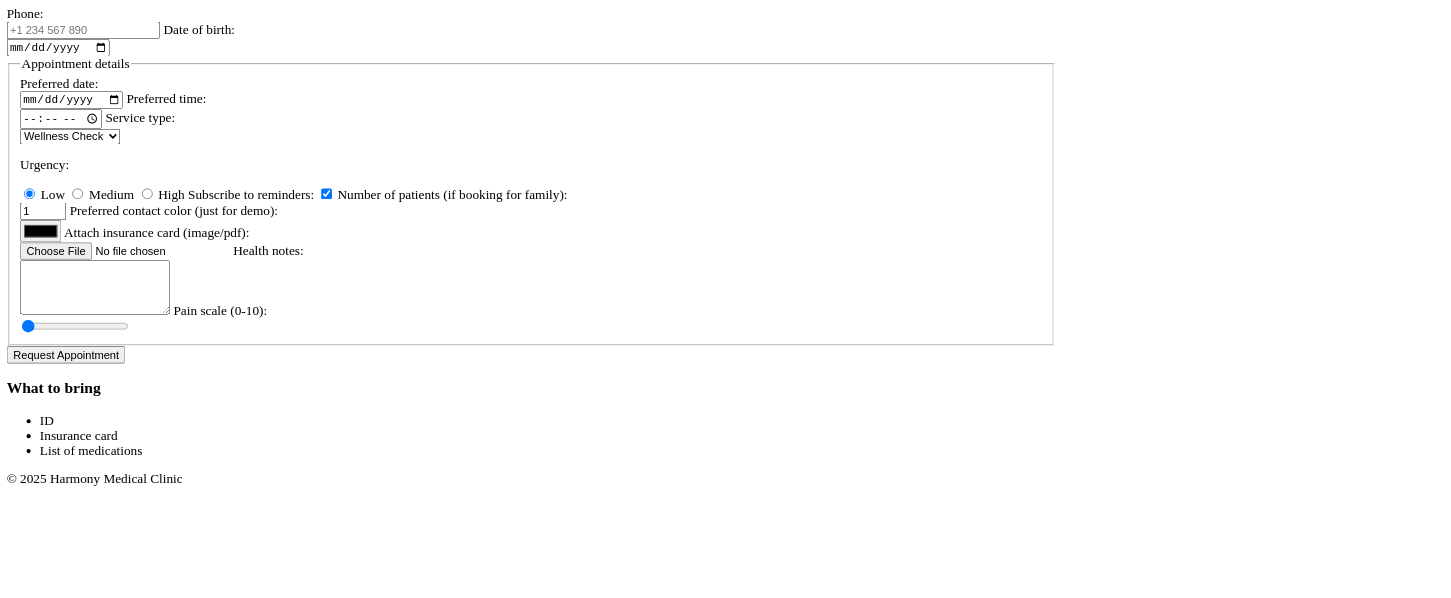
Repository: bayobude/medical_clinic
Page: form.html
The author's editor kept a copy of each file at every save. The page is drawn from the files as they stood at one save, then again after the next save.
The browser window is 1280 px wide. The page is 1280 px wide, then 1748 px, so the pictures cover 1748 px, including what lies to the right of the window. The pictures show the whole page, at 83% of full size.

Above is the page before, as saved 2025-10-19 20:15:11.

### form.html
<!doctype html>
<label>Phone:<br><input type="tel" name="phone" placeholder="+1 234 567 890"></label>
<label>Date of birth:<br><input type="date" name="dob"></label>
</fieldset>


<fieldset>
<legend>Appointment details</legend>
<label>Preferred date:<br><input type="date" name="apt_date"></label>
<label>Preferred time:<br><input type="time" name="apt_time"></label>


<label>Service type:<br>
<select name="service">
<option>Wellness Check</option>
<option>Vaccination</option>
<option>Minor Procedure</option>
</select>
</label>


<p>Urgency:</p>
<label><input type="radio" name="urgency" value="low" checked> Low</label>
<label><input type="radio" name="urgency" value="medium"> Medium</label>
<label><input type="radio" name="urgency" value="high"> High</label>


<label>Subscribe to reminders: <input type="checkbox" name="reminders" checked></label>


<label>Number of patients (if booking for family):<br><input type="number" name="num" min="1" max="10" value="1"></label>


<label>Preferred contact color (just for demo):<br><input type="color" name="favcolor"></label>


<label>Attach insurance card (image/pdf):<br><input type="file" name="insurance"></label>


<label>Health notes:<br><textarea name="notes" rows="4"></textarea></label>


<label>Pain scale (0-10):<br><input type="range" name="pain" min="0" max="10" value="0"></label>
</fieldset>


<button type="submit">Request Appointment</button>
</form>


</article>
</section>


<aside class="content-side">
<div class="card">
<h3>What to bring</h3>
<ul>
<li>ID</li>
<li>Insurance card</li>
<li>List of medications</li>
</ul>
</div>
</aside>
</main>


<footer class="site-footer">
<p>&copy; <span id="year">2025</span> Harmony Medical Clinic</p>
</footer>
</body>
</html>

### style.css
/* General reset */
body {
  font-family: Arial, sans-serif;
  margin: 0;
  background-color: #f9f9f9;
  color: #333;
}

/* Header */
#site-header {
  background-color: #005b96;
  color: white;
  text-align: center;
  padding: 20px 10px;
}

#site-header h1 {
  margin: 0;
}

.menu {
  list-style: none;
  padding: 0;
  display: flex;
  justify-content: center;
  gap: 15px;
}

.menu a {
  color: white;
  text-decoration: none;
  padding: 5px 10px;
}

.menu a:hover, .menu a.active {
  background-color: #03396c;
  border-radius: 5px;
}

/* Yahoo-style layout: main left, sidebar right */
.yahoo-layout {
  display: grid;
  grid-template-columns: 2fr 1fr;
  gap: 20px;
  padding: 20px;
  max-width: 1200px;
  margin: auto;
  background-color: white;
}

/* Main column */
.main-column h2 {
  color: #005b96;
}

.rates-table {
  border-collapse: collapse;
  width: 100%;
  margin-top: 10px;
}

.rates-table th, .rates-table td {
  border: 1px solid #ccc;
  padding: 8px;
}

.rates-table th {
  background-color: #e0f0ff;
}

/* Sidebar styling */
.sidebar .info-card {
  background-color: #f0f8ff;
  border: 1px solid #d1e7ff;
  padding: 15px;
  margin-bottom: 15px;
  border-radius: 8px;
}

/* Footer */
#site-footer {
  text-align: center;
  padding: 15px;
  background-color: #005b96;
  color: white;
  margin-top: 20px;
}

/* Responsive */
@media (max-width: 900px) {
  .yahoo-layout {
    grid-template-columns: 1fr;
  }
}

/* Example of CSS inheritance */
footer p {
  color: inherit;
}

/* Example of cascade with !important */
.menu a.active {
  background-color: #011f4b !important;
}

After the next save:
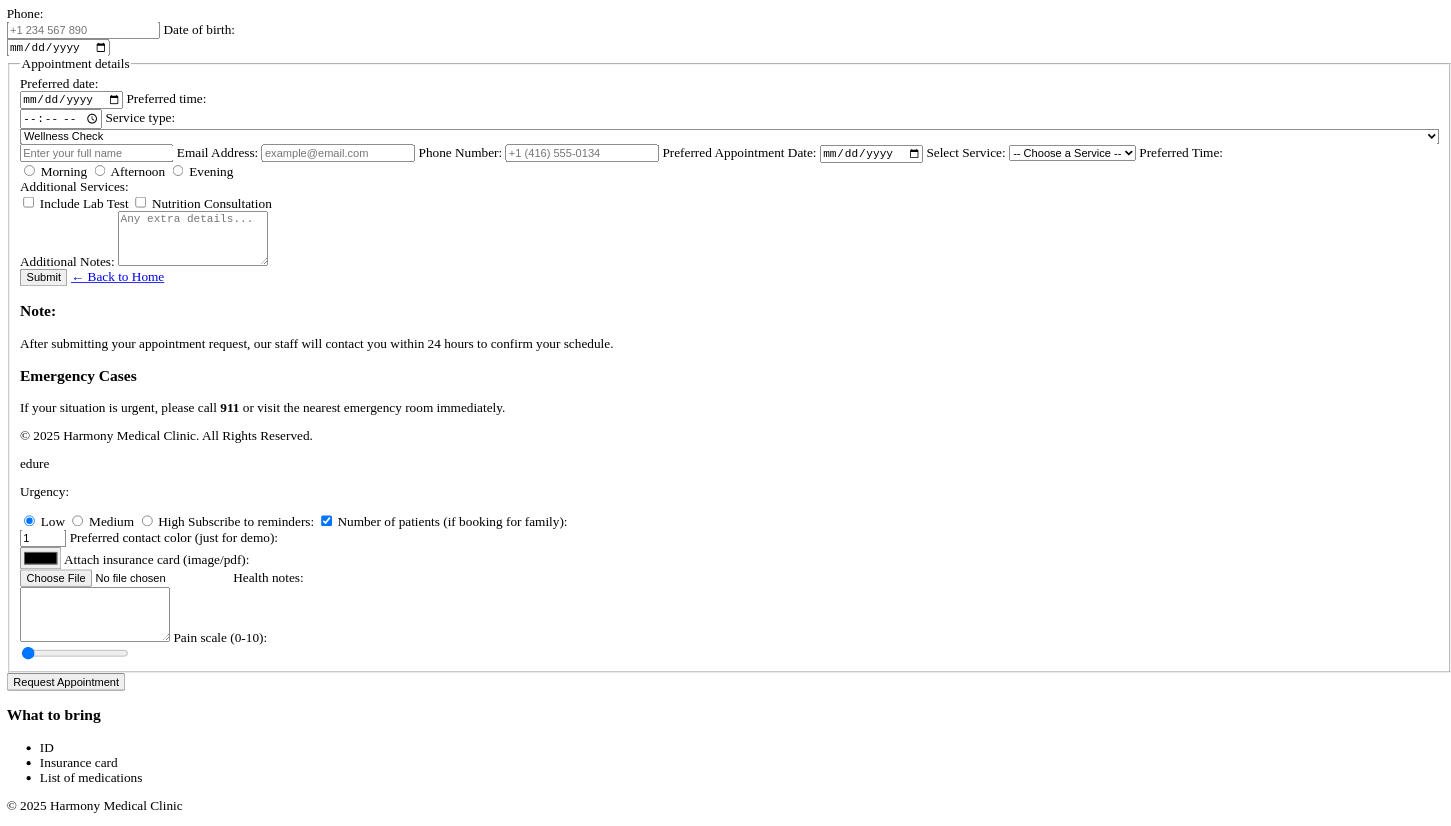
Saved 3 min 31 s later.
--- a/form.html
+++ b/form.html
@@ -14,7 +14,101 @@
 <select name="service">
 <option>Wellness Check</option>
 <option>Vaccination</option>
-<option>Minor Procedure</option>
+<option>Minor Proc<!DOCTYPE html>
+<html lang="en">
+<head>
+  <meta charset="UTF-8">
+  <meta name="viewport" content="width=device-width, initial-scale=1.0">
+  <title>Book Appointment | Harmony Medical Clinic</title>
+  <link rel="stylesheet" href="style.css">
+</head>
+<body>
+  <header id="site-header">
+    <h1>Harmony Medical Clinic</h1>
+    <p>Compassionate care, modern medicine</p>
+    <nav>
+      <ul class="menu">
+        <li><a href="index.html">Home</a></li>
+        <li><a href="about.html">About</a></li>
+        <li><a href="gallery.html">Gallery</a></li>
+        <li><a href="contact.html">Contact</a></li>
+        <li><a href="form.html" class="active">Book Appointment</a></li>
+      </ul>
+    </nav>
+  </header>
+
+  <main class="content yahoo-layout">
+    <section class="main-column">
+      <h2>Book an Appointment</h2>
+      <p>Please fill out the form below to request an appointment at Harmony Medical Clinic.</p>
+
+      <form action="#" method="post" class="appointment-form">
+        <label for="fullname">Full Name:</label>
+        <input type="text" id="fullname" name="fullname" placeholder="Enter your full name" required>
+
+        <label for="email">Email Address:</label>
+        <input type="email" id="email" name="email" placeholder="example@email.com" required>
+
+        <label for="phone">Phone Number:</label>
+        <input type="tel" id="phone" name="phone" placeholder="+1 (416) 555-0134" required>
+
+        <label for="date">Preferred Appointment Date:</label>
+        <input type="date" id="date" name="date" required>
+
+        <label for="service">Select Service:</label>
+        <select id="service" name="service" required>
+          <option value="">-- Choose a Service --</option>
+          <option value="general">General Consultation</option>
+          <option value="checkup">Wellness Check</option>
+          <option value="vaccine">Vaccination</option>
+          <option value="procedure">Minor Procedure</option>
+        </select>
+
+        <label>Preferred Time:</label>
+        <div class="radio-group">
+          <label><input type="radio" name="time" value="morning" required> Morning</label>
+          <label><input type="radio" name="time" value="afternoon"> Afternoon</label>
+          <label><input type="radio" name="time" value="evening"> Evening</label>
+        </div>
+
+        <label>Additional Services:</label>
+        <div class="checkbox-group">
+          <label><input type="checkbox" name="extras" value="lab"> Include Lab Test</label>
+          <label><input type="checkbox" name="extras" value="consult"> Nutrition Consultation</label>
+        </div>
+
+        <label for="notes">Additional Notes:</label>
+        <textarea id="notes" name="notes" rows="4" placeholder="Any extra details..."></textarea>
+
+        <div class="form-buttons">
+          <button type="submit" class="submit-btn">Submit</button>
+          <a href="index.html" class="back-btn">← Back to Home</a>
+        </div>
+      </form>
+    </section>
+
+    <aside class="sidebar">
+      <div class="info-card">
+        <h3>Note:</h3>
+        <p>After submitting your appointment request, our staff will contact you within 24 hours to confirm your schedule.</p>
+      </div>
+
+      <div class="info-card">
+        <h3>Emergency Cases</h3>
+        <p>If your situation is urgent, please call <strong>911</strong> or visit the nearest emergency room immediately.</p>
+      </div>
+    </aside>
+  </main>
+
+  <footer id="site-footer">
+    <p>&copy; <span id="year">2025</span> Harmony Medical Clinic. All Rights Reserved.</p>
+  </footer>
+
+  <script>
+    document.getElementById('year').textContent = new Date().getFullYear();
+  </script>
+</body>
+</html>edure</option>
 </select>
 </label>
 
